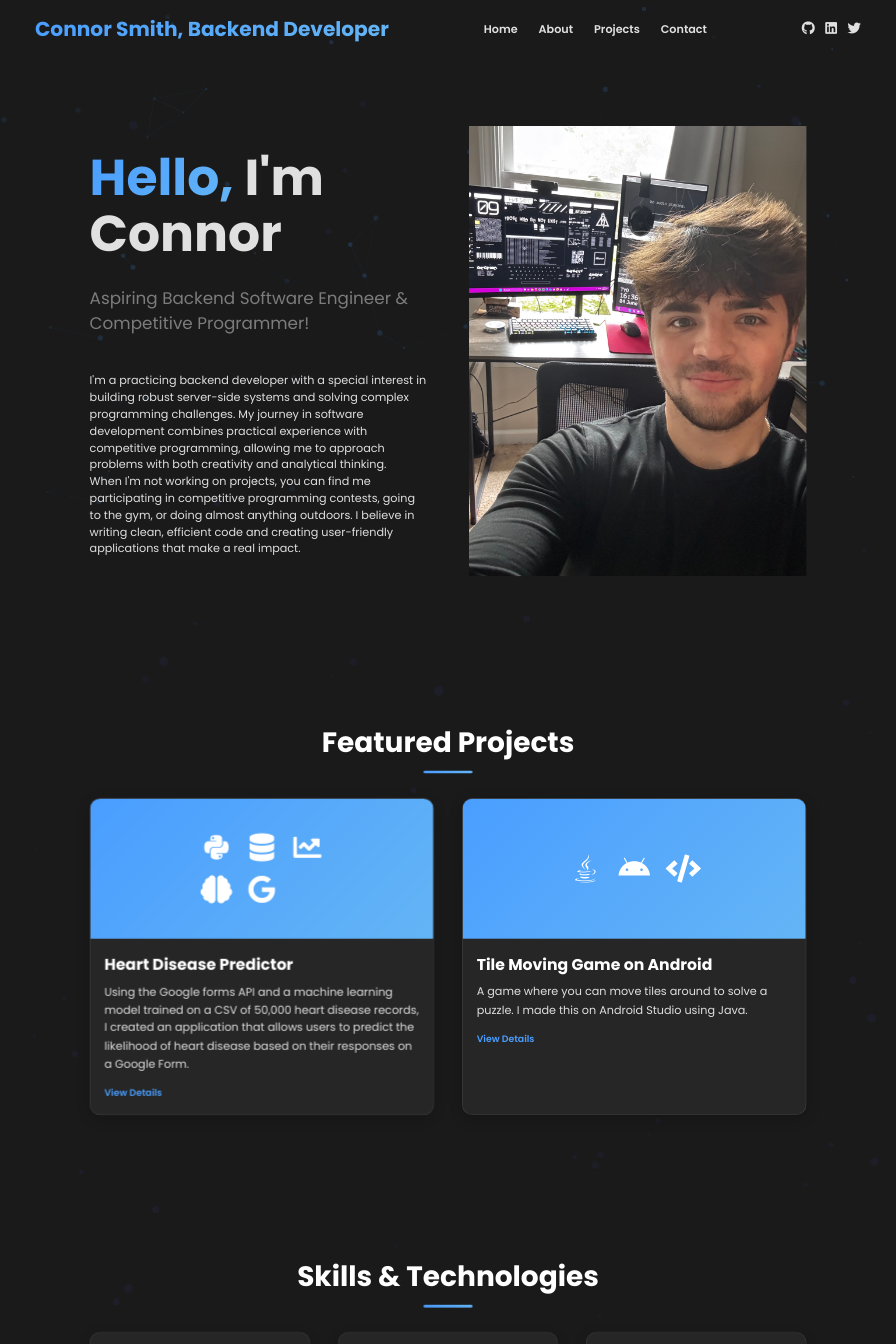
Repository: connorGS9/portfolio-website
Page: /
The author's editor kept a copy of each file at every save. The page is drawn from the files as they stood at one save, then again after the next save.
The browser window is 1280 px wide. The pictures show the part of the page from y = 0 to 1920 px (the page is 3675 px tall before and 3739 px after), at 70% of full size.
The project was rebuilt for these pictures with package versions that can differ from the ones it lists, and the page was loaded fresh each time.

Above is the page before, as saved 2025-06-04 23:11:32.

After the next save:
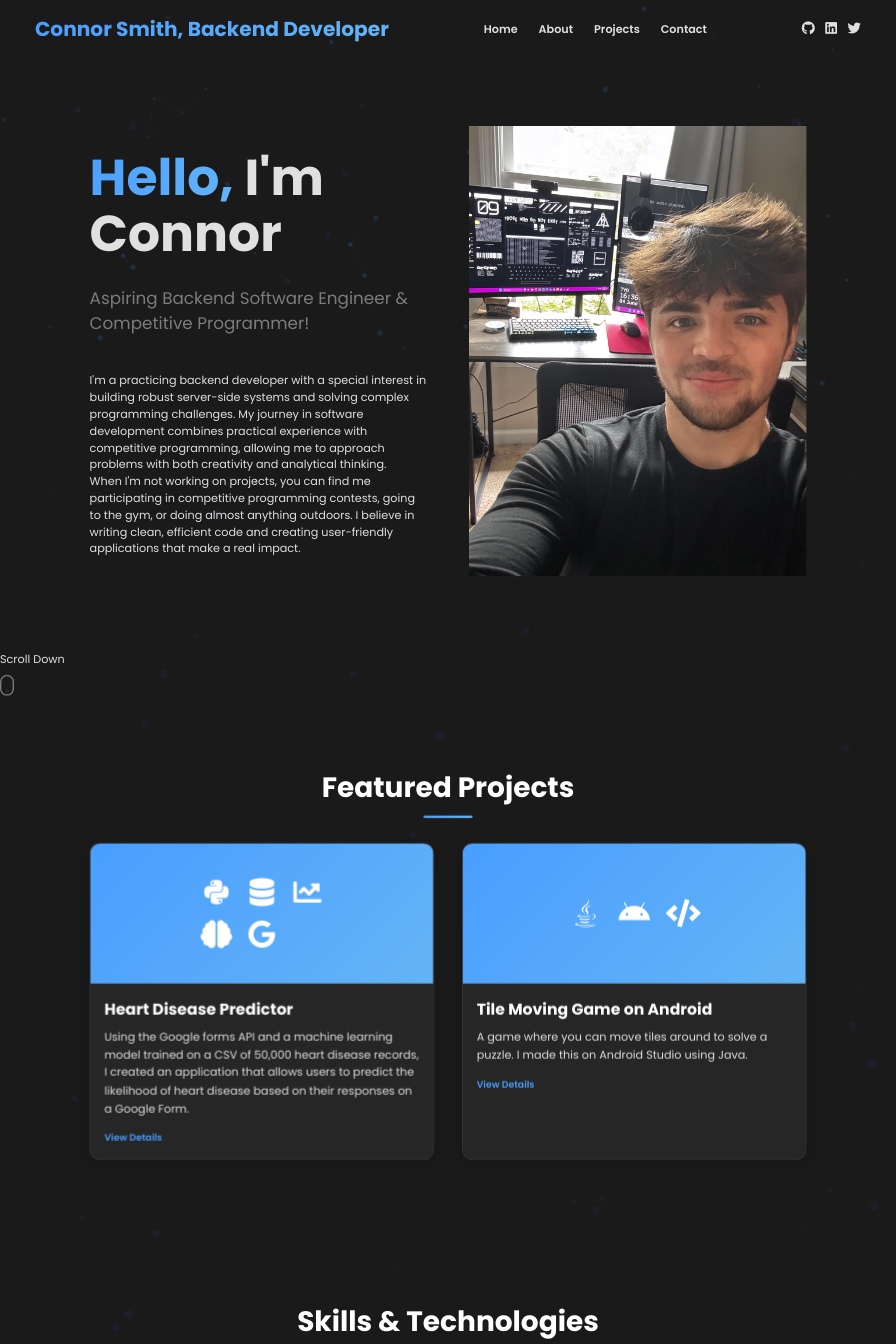
Saved 45 s later.
--- a/src/styles/Home.css
+++ b/src/styles/Home.css
@@ -155,7 +155,7 @@
   }
 
   /* Scroll Indicator */
-  .scroll-indicator {
+  .hero .scroll-indicator {
     position: absolute;
     bottom: 40px;
     left: 50%;
@@ -168,6 +168,7 @@
     opacity: 0.7;
     animation: fadeInUp 1.5s ease 1s forwards;
     opacity: 0;
+    z-index: 2;
   }
 
   @keyframes fadeInUp {
